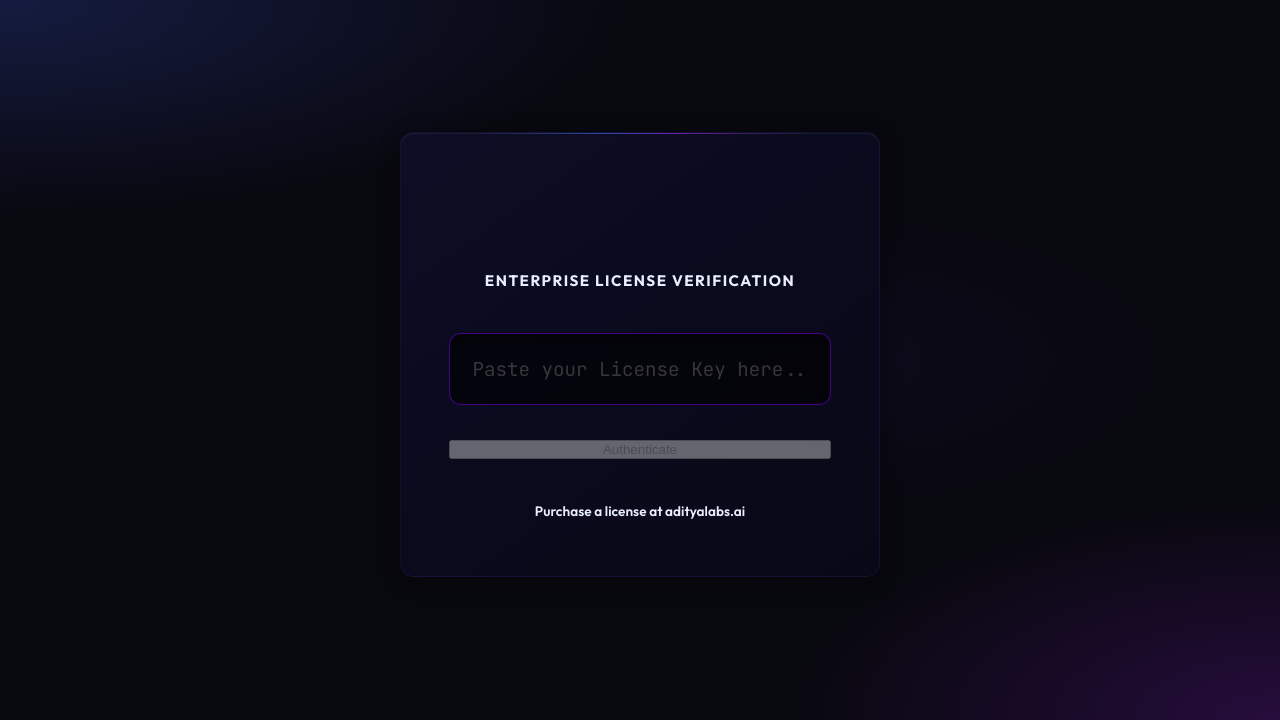
Repository: rrslt6d3/aditya-privacy-shield
Page: /
These files come from the project's save history. The page is drawn as it stood at one moment and after the next save; the edit follows.
The browser window is 1280 px wide. The pictures show the whole page.
The project was rebuilt for these pictures with package versions that can differ from the ones it lists, and the page was loaded fresh each time. Also part of the build but not shown: vite.config.ts.

Above is the page before, as saved 2026-02-24 20:26:07.

After the next save:
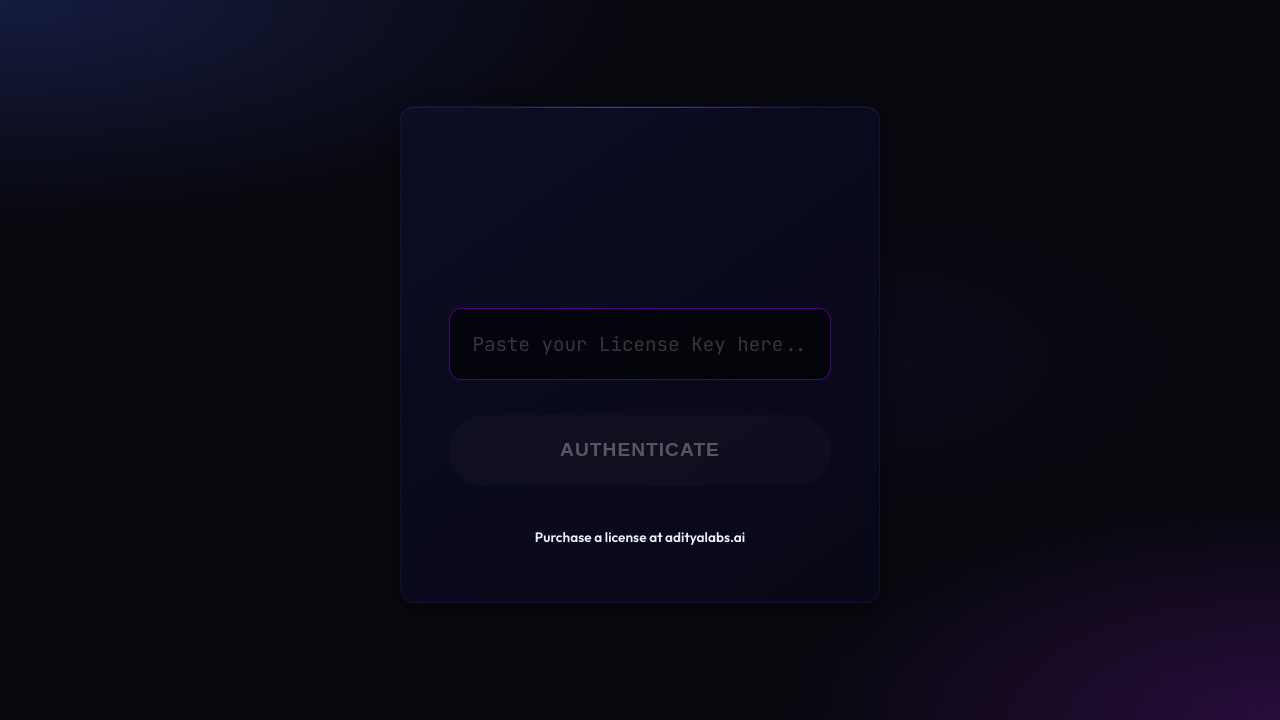
Saved 3 min 4 s later.
--- a/src/App.css
+++ b/src/App.css
@@ -626,6 +626,14 @@
   to   { opacity: 1; transform: translateY(0); }
 }
 
+/* --- THE TEXT GRADIENT MAGIC --- */
+.text-gradient {
+  background: var(--brand-gradient);
+  -webkit-background-clip: text;
+  -webkit-text-fill-color: transparent;
+  background-clip: text;
+}
+
 /* --- GATEKEEPER LOCK SCREEN SPECIFIC STYLES --- */
 .gatekeeper-title {
   font-size: 3.5rem;
@@ -638,19 +646,18 @@
 }
 
 .gatekeeper-subtitle {
-  color: var(--text-muted);
   margin-bottom: 2.5rem;
-  font-size: 0.95rem;
+  font-size: 1rem;
   letter-spacing: 1.5px;
   text-transform: uppercase;
-  font-weight: 700;
+  font-weight: 800; /* Made thicker so the gradient shines */
 }
 
 .license-input {
   width: 100%;
   padding: 1.4rem;
-  background: rgba(0, 0, 0, 0.6); /* Very dark, solid background */
-  border: 1px solid rgba(136, 0, 255, 0.5); /* Neon purple border */
+  background: rgba(0, 0, 0, 0.6);
+  border: 1px solid rgba(136, 0, 255, 0.5);
   color: var(--text-bright);
   border-radius: 12px;
   font-size: 1.2rem;
@@ -659,7 +666,7 @@
   margin-bottom: 1rem;
   box-sizing: border-box;
   transition: all 0.3s ease;
-  box-shadow: inset 0 4px 10px rgba(0,0,0,0.5); /* Deep inner shadow */
+  box-shadow: inset 0 4px 10px rgba(0,0,0,0.5);
 }
 
 .license-input:focus {
@@ -671,6 +678,43 @@
 
 .license-input::placeholder {
   color: rgba(255, 255, 255, 0.2);
+}
+
+/* --- THE HOLLOW GRADIENT BUTTON --- */
+.hollow-glow-button {
+  width: 100%;
+  background: var(--bg-void); /* Solid Dark Background */
+  border: 2px solid rgba(136, 0, 255, 0.6); /* Glowing Purple Border */
+  padding: 1.5rem;
+  border-radius: 99px;
+  font-size: 1.2rem;
+  font-weight: 800;
+  font-family: 'Syne', sans-serif;
+  cursor: pointer;
+  transition: all 0.4s cubic-bezier(0.22, 0.61, 0.36, 1);
+  text-transform: uppercase;
+  letter-spacing: 1px;
+  box-shadow: 0 5px 20px rgba(136, 0, 255, 0.15);
+}
+
+.hollow-glow-button:hover:not(:disabled) {
+  transform: translateY(-3px);
+  border-color: var(--neon-blue);
+  box-shadow: 0 10px 30px rgba(0, 85, 255, 0.3);
+  background: rgba(0, 85, 255, 0.05); /* Slight blue tint on hover */
+}
+
+.hollow-glow-button:disabled {
+  background: rgba(255, 255, 255, 0.02);
+  border: 1px solid var(--border-glass);
+  box-shadow: none;
+  cursor: not-allowed;
+}
+
+/* Ensure the gradient text turns gray when the button is disabled */
+.hollow-glow-button:disabled .text-gradient {
+  background: none;
+  -webkit-text-fill-color: rgba(255, 255, 255, 0.3);
 }
 
 .error-text {
